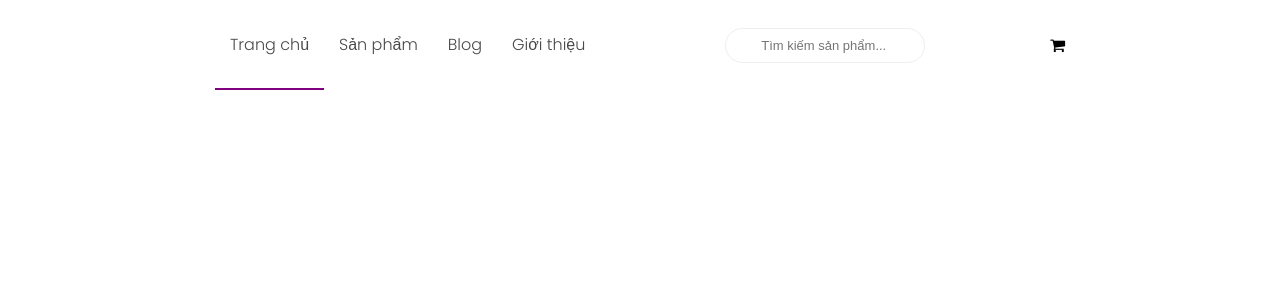
Repository: dungle03/tke_web_nhom_15
Page: index.html
These files come from the project's save history. The page is drawn as it stood at one moment and after the next save; the edit follows.
The browser window is 1280 px wide. The pictures show the whole page.

Above is the page before, as saved 2022-09-12 23:12:02.
Not found: resest.css

After the next save:
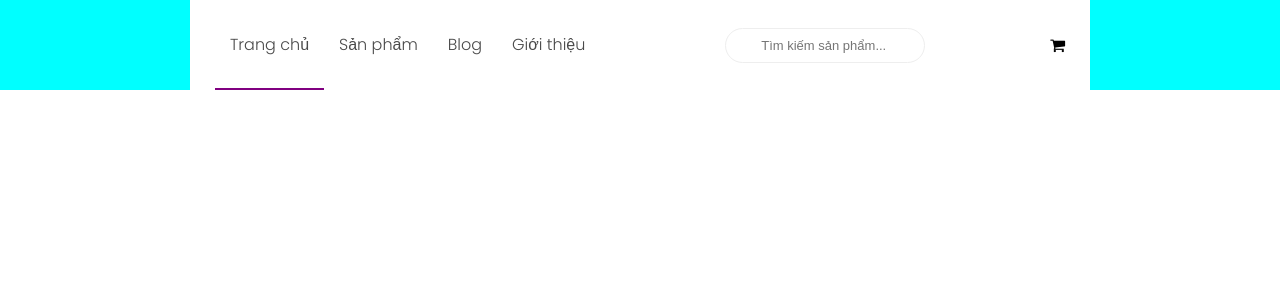
Saved 4 min 29 s later.
--- a/CSS/header.css
+++ b/CSS/header.css
@@ -33,9 +33,10 @@
     display: block;
     max-width: 100%;
   }
-
+/* ////////////////////////////////////////////////////// */
   #main{
     padding:0 190px ;
+    background-color: aqua;
   }
 
   #main-header{

After the save that followed:
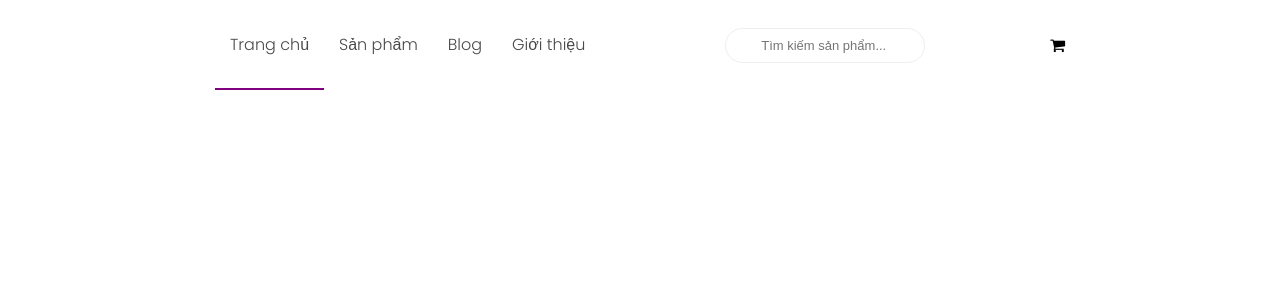
Saved 10 s later.
--- a/CSS/header.css
+++ b/CSS/header.css
@@ -36,10 +36,10 @@
 /* ////////////////////////////////////////////////////// */
   #main{
     padding:0 190px ;
-    background-color: aqua;
   }
 
   #main-header{
+    background-color: aqua;
     width: 100%;
     height: 90px;
     padding:0px 25px;
